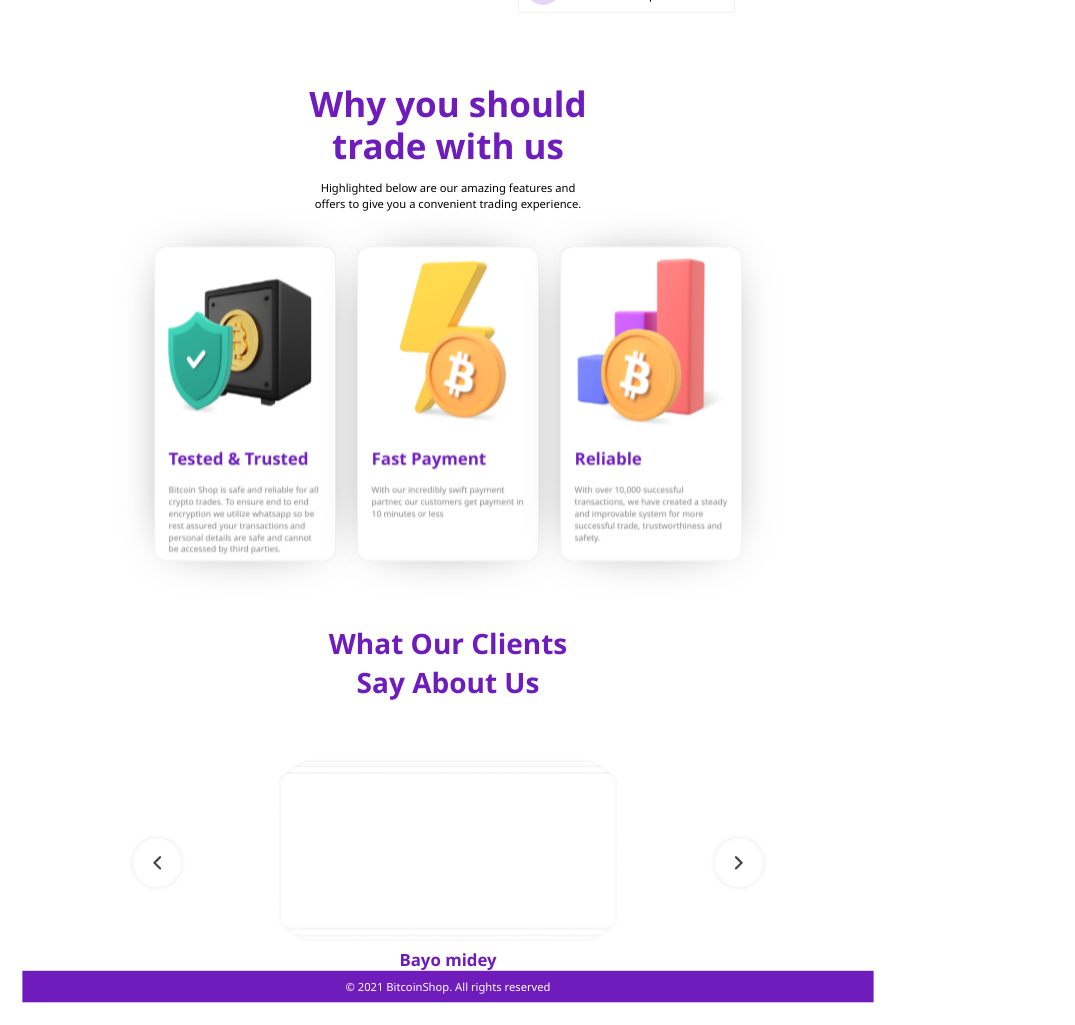
Repository: akinmiday/bitcoinshop-website
Page: /
An editor plug-in stored every save of this project. The page is shown before and after the next save, followed by the edit.
The browser window is 1280 px wide. The page is 1280 px wide, then 1536 px, then 1280 px, so the pictures cover 1536 px, including what lies to the right of the window. The pictures show the part of the page from y = 1317 to 2917 px (the page is 2781 px tall before and 2917 px after), at 70% of full size.
The project was rebuilt for these pictures with package versions that can differ from the ones it lists, and the page was loaded fresh each time. Also part of the build but not shown: vite.config.js.

Above is the page before, as saved 2023-07-10 20:18:39.

### src/App.jsx
import React from 'react'
import { Route, createBrowserRouter, RouterProvider, createRoutesFromElements } from "react-router-dom"
import './App.css'
import Layout from './components/layout'
import TitlePage from './pages/title'
import Rates from './pages/rates'



const router = createBrowserRouter(createRoutesFromElements(
  <Route path='/' element={<Layout />} >
    <Route index element={<TitlePage />} />
    <Route element={<Rates />} />

  </Route>
))

function App() {

  return (
    <RouterProvider router={router} />
  )
}

export default App

### src/index.css
*{
    margin: 0;
    padding: 0;
    box-sizing: border-box;
    font-family: 'Segoe UI', Tahoma, Geneva, Verdana, sans-serif ;
}

.header{
    display: flex;
    color:#6E1CBC;
    display: flex;
    align-items: center;
    border-bottom: #EAEAEA solid 1px;
    height: 60px;
    flex-shrink: 0;
    justify-content: space-between;
    padding: 20px;
}


.right-side-header{
    display: flex;
    align-items: center;
    font-weight: 500;
}

.right-side-header > img{
    padding: 10px;
    height: 44px;

}

.shop-logo{
    color:#FFCC00 ;
}


.middle-section-header {
    display: flex;
    justify-content: center;
    align-items: center;
    gap: 20px;
}

.right-side-header >button {
    background-color: #6E1CBC;
    color: #ffffff;
    padding: 5px 10px;
    border-radius: 8px;
}

.footer{
    background-color: #6E1CBC;
    color: #ffffff;
    display: flex;
    justify-content: center;
    align-items: center;
    margin-top: auto;
    flex-shrink: 0;
    height: 45px;
}

.title-section{
    display: flex;
    padding: 30px;
    height: 400px;
    justify-content: space-around;

}



.left-side-title{
    width: 450px;
    padding: 20px;
}

.left-side-title > h1{
    color: #6E1CBC;
    font-size: 62px;
    font-style: normal;
    font-weight: 700;
    line-height: 78px;


}

.left-side-title > p{
    font-size: 18px;
    padding: 20px 0;
}

.left-side-title >button{
    color: #ffffff;
    background-color: #6E1CBC;
    padding: 5px 10px;
    border-radius: 7px;
    text-align: center;
}

.rates-section{
    color: #6E1CBC;
    text-align: center;
    font-size: 26px;
}

.rates-section h1 {
    padding: 20px;
}

.rates-section img{
    height: 200px;
}


.top-row-rates-section {
    display: flex;
    justify-content: center;
    margin-bottom: 20px;
    gap: 30px;
  }

  .bottom-row-rates-section {
    display: flex;
    justify-content: center;
    gap: 30px;
  }

  .trade-section{
    margin-top: 30px;
    display: flex;
    justify-content: center;
    align-items: flex-start;
    gap: 110px;
    flex-shrink: 0;
    padding: 20px;
  }

  .left-trade-section{
    width: 400px;

  }

  .left-trade-section h1 {
    color: #6E1CBC;
    font-size: 45px;
    padding: 10px;
  }

  .left-trade-section p{
    padding: 10px;
  }

  .trade-link-section >div{
    display: flex;
    align-items: center;
    width: 310px;
    padding: 10px;
    margin: 10px;
    border: #EAEAEA 1px solid;
  }

  .trade-link-section > div >img{
    height: 50px;
    margin-right: 20px;
  }
  .trade-with-us{
    text-align: center;

    margin-top: 50px;
  }

  .trade-with-us-heading > h1{
    color: #6E1CBC;
    font-size: 50px;
    line-height: 60px;
    padding: 20px;
  }

  .trade-with-us-icon-section{
    display: flex;
    margin-top: 20px;
    padding-top: 30px;
    gap: 30px;
    justify-content: center;
    align-items: center;
    padding-bottom: 20px;
  }

  .trade-with-us-icon-section >div{
    border-radius: 18px;
    border: 1px solid #EAEAEA;
    background: #FFF;
    backdrop-filter: blur(100px);
    width: 260px;
    height: 450px;
    text-align: left;
    box-shadow: -2px 0px 74px -36px rgba(0,0,0,0.71);
    -webkit-box-shadow: -2px 0px 74px -36px rgba(0,0,0,0.71);
    -moz-box-shadow: -2px 0px 74px -36px rgba(0,0,0,0.71);
  }

  .trade-with-us-icon-section div >h2{
    color: #6E1CBC;
    padding: 20px;
  }

  .trade-with-us-icon-section div >p{
    padding: 0 20px;
    font-size: 12px;
    color: #808080;
  }

  .trade-with-us-icon-section img {
    width: 250px;
    height: 250px;
    margin-top: 10px;
  }

  .carousel-area{
    display: flex;
    align-items: center;
    justify-content: center;
    gap: 20px;
    margin-top: 60px;
  }

  .review-section{
    text-align: center;
    margin-top: 50px;
    color: #6E1CBC;
  }

  .review-section h1{
    font-size: 40px;
    padding: 20px;
  }

  .review-card{
    width: 70%;
    position: relative;

  }

  .review-card-area{
    position: absolute;
  }

### src/components/layout.jsx
import React from "react";
import { Outlet } from "react-router-dom";
import Header from "./header";
import Footer from "./footer";
import Rates from "../pages/rates";


export default function Layout() {
    return (<>
        <Header />
        <main>
            <Outlet />
        </main>
        <Footer />
    </>)
}

### src/pages/title.jsx
import React from "react";
import groupIcons from "../assets/Group-icons-title.png"
import Rates from "./rates";
import TradeSection from "./tradeSection";
import TradeWithUs from "./tradewithus";
import Reviews from "./reviews";

export default function TitlePage() {
    return (<>
        <div className="title-section" >
            <div className="left-side-title" >
                <h1>Trade your Cryptocurrency</h1>
                <p>Best and reliable platform to trade over 100 cryptocurrencies for your local Fiat</p>
                <button>Get Started</button>
            </div>
            <img src={groupIcons} />
        </div>
        <Rates />
        <TradeSection />
        <TradeWithUs />
        <Reviews />
    </>
    )
}

### src/pages/rates.jsx
import React from "react";
import btcTrend from "../assets/bitcoin-trend-Item.png"
import ethTrend from "../assets/ETH-Trend-Item.png"
import bnbTrend from "../assets/BNB-Trend-Item.png"
import bchTrend from "../assets/BCH-Trend-Item.png"
import usdtTrend from "../assets/USDT-Trend-Item.png"

export default function Rates() {
    return (
        <div className="rates-section">
            <h1>We Offer Superb Rates</h1>
            <div className="top-row-rates-section">
                <div><img src={btcTrend} /></div>
                <div><img src={ethTrend} /></div>
                <div><img src={bnbTrend} /></div>
            </div>
            <div className="bottom-row-rates-section">
                <div><img src={bchTrend} /></div>
                <div><img src={usdtTrend} /></div>
            </div>
        </div>
    );
}

### src/components/header.jsx
import React from "react";
import logoImg from "../assets/bitcoinshop-logo.png"
import lightIcon from "../assets/Light-icon.png"


export default function Header() {
    return (<div className="header" >
        <div className="right-side-header" ><img src={logoImg} />
            <h4>Bitcoin<span className="shop-logo" >Shop</span></h4>
        </div>
        <div className="middle-section-header" >
            <h4>Home</h4>
            <h4>Contact us</h4>
            <h4>About us</h4>
            <h4>FAQs</h4>
            <h4>Terms of Service</h4>
        </div>
        <div className="right-side-header" >
            <img src={lightIcon} />
            <button>Trade now</button>
        </div>


    </div>)
}

### src/components/footer.jsx
import React from "react";

export default function Footer() {
    return (<>
        <div className="footer" >&#169; 2021 BitcoinShop. All rights reserved</div>
    </>)
}

### src/pages/tradeSection.jsx
import React from "react";
import profileIcon from "../assets/profile-icon.png"
import debitCardIcon from "../assets/debit-card-icon.png"
import bitcoinIcon from "../assets/bitcoin-icon.png"

export default function TradeSection() {
    return (
        <div className="trade-section">
            <div className="left-trade-section" >
                <h1>Trade Conveniently</h1>
                <p>Our platform allows you to trade your Cryptocurrency in the comfort of your home
                    easy, fast, reliable and hassle free in 3 easy steps
                </p>
            </div>
            <div className="trade-link-section" >
                <div>
                    <img src={profileIcon} />
                    <div>
                        <h4>Create Your Account</h4>
                        <p>
                            lorem ipsum
                        </p>
                    </div>
                </div>

                <div>
                    <img src={debitCardIcon} />
                    <div>
                        <h4>Connect Bank Account</h4>
                        <p>
                            lorem lorem ipsum
                        </p>
                    </div>
                </div>

                <div>
                    <img src={bitcoinIcon} />
                    <div>
                        <h4>Trade Conveniently</h4>
                        <p>
                            lorem lorem ipsum
                        </p>
                    </div>
                </div>
            </div>
        </div>
    )
}

### src/pages/tradewithus.jsx
import React from "react";
import securedIcon from "../assets/secured.png"
import fastPaymentIcon from "../assets/fast-payment.png"
import reliableIcon from "../assets/reliable.png"

export default function TradeWithUs() {
    return (
        <div className="trade-with-us" >
            <div className="trade-with-us-heading" >
                <h1>Why you should <br /> trade with us</h1>
                <p>Highlighted below are our amazing features and <br /> offers
                    to give you a convenient trading experience.
                </p>
            </div>
            <div className="trade-with-us-icon-section" >
                <div>
                    <img src={securedIcon} />
                    <h2>Tested & Trusted</h2>
                    <p>Bitcoin Shop is safe and reliable for all crypto trades. To ensure end to end encryption we utilize whatsapp
                        so be rest assured your transactions and personal details are safe and cannot be accessed by third parties.
                    </p>
                </div>
                <div>
                    <img src={fastPaymentIcon} />
                    <h2>Fast Payment</h2>
                    <p>With our incredibly swift payment partner, our customers get payment in 10 minutes or less</p>
                </div>
                <div>
                    <img src={reliableIcon} />
                    <h2>Reliable</h2>
                    <p>With over 10,000 successful transactions, we have created a steady and improvable system for more successful trade,
                        trustworthiness and safety.
                    </p>
                </div>
            </div>
        </div>
    )
}

### src/pages/reviews.jsx
import React from "react";
import reviewCard from "../assets/review-card.png"
import toRightIcon from "../assets/to-right-carousel.png"
import toLeftIcon from "../assets/to-left-carousel.png"

export default function Reviews() {
    return (
        <div className="review-section" >
            <h1>What Our Clients<br />Say About Us</h1>

            <div className="carousel-area" >
                <div>
                    <img src={toLeftIcon} />
                </div>
                <div>
                    <img className="review-card" src={reviewCard} />
                    <h2>Bayo midey</h2>
                </div>
                <div>
                    <img src={toRightIcon} />
                </div>
            </div>

        </div>
    )
}

Loaded but not shown: src/main.jsx (common file); src/App.css (common file)

After the next save:
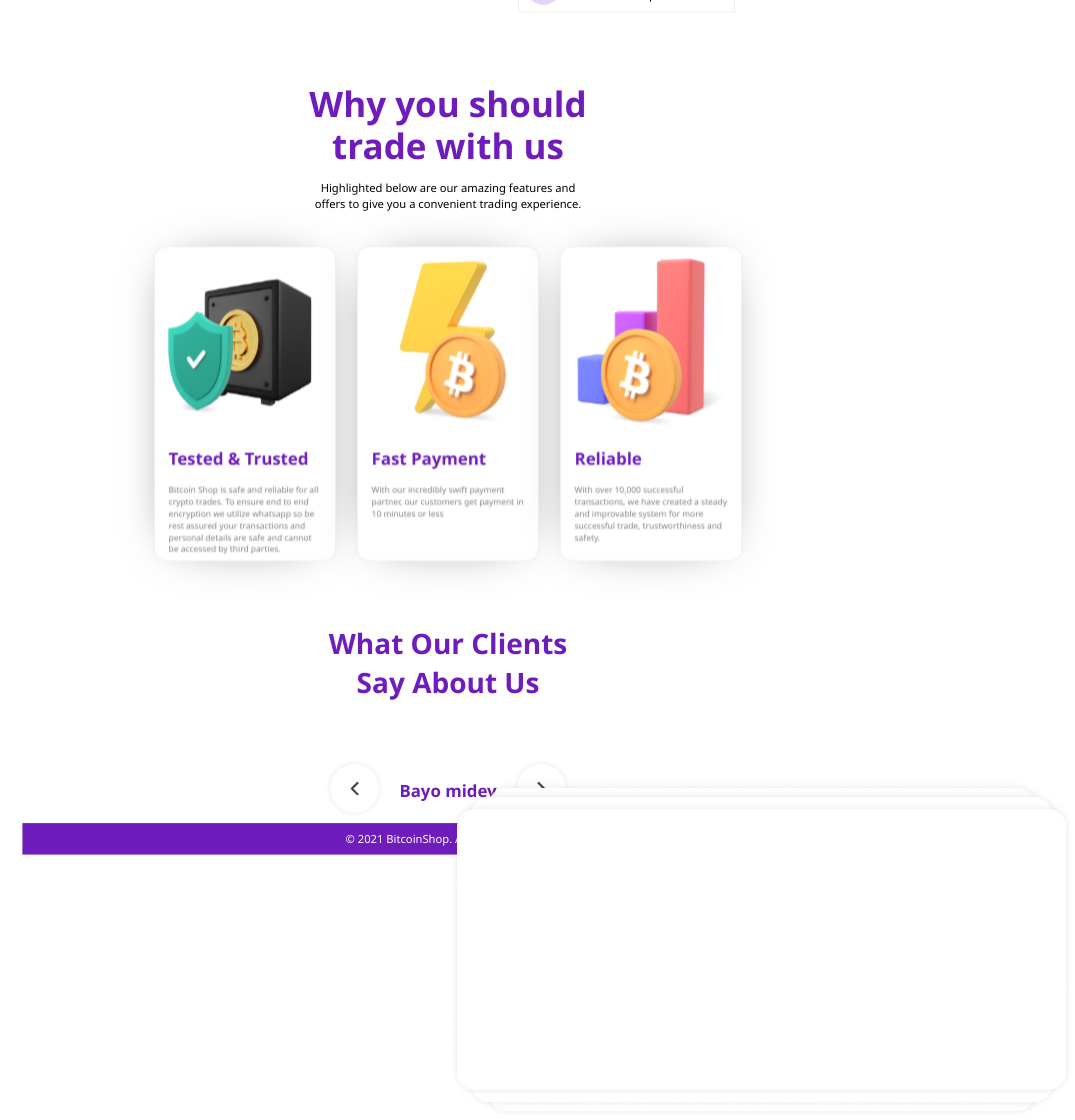
Saved 16 s later.
--- a/src/index.css
+++ b/src/index.css
@@ -238,10 +238,10 @@
 
   .review-card{
     width: 70%;
+    position: absolute;
+
+  }
+
+  .review-card-area{
     position: relative;
-
-  }
-
-  .review-card-area{
-    position: absolute;
-  }
+  }

After the save that followed:
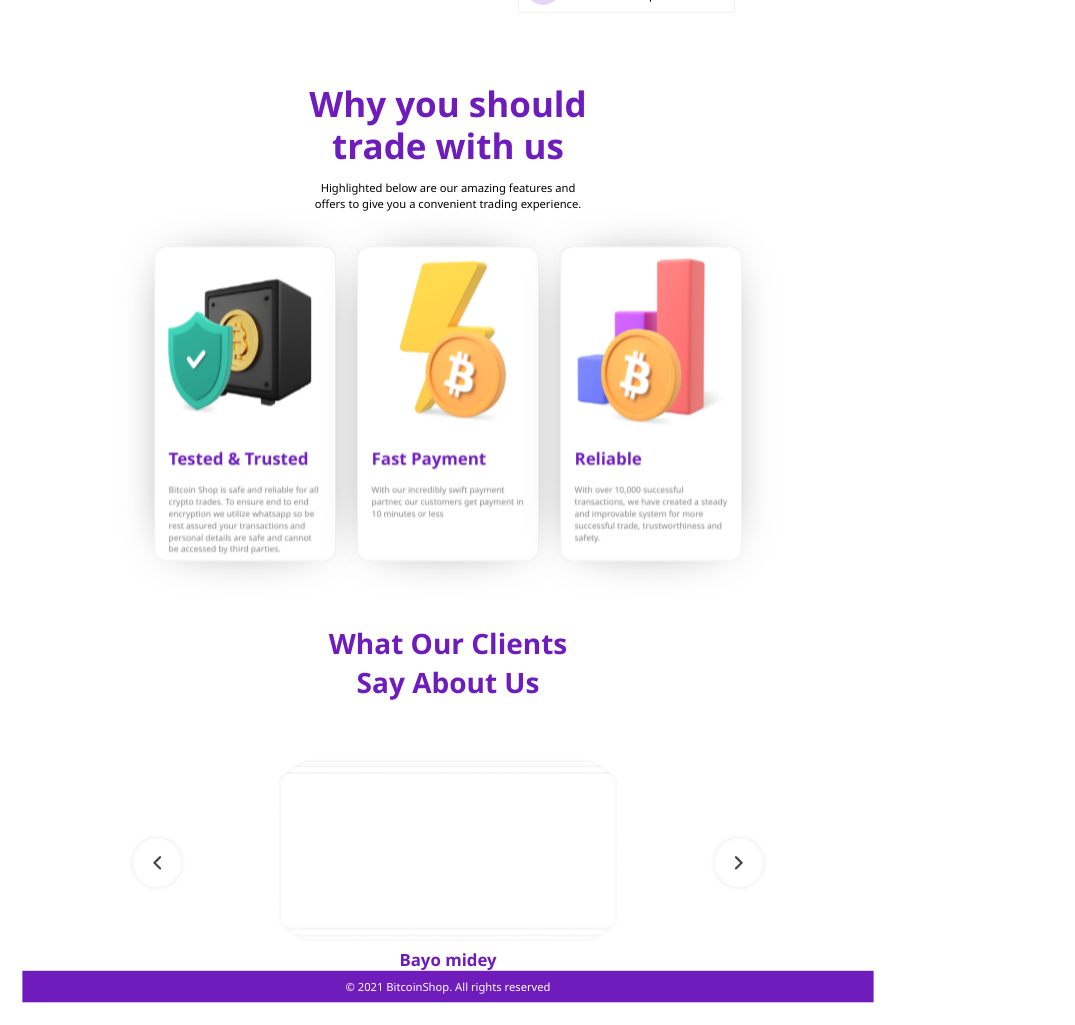
Saved 9 s later.
--- a/src/index.css
+++ b/src/index.css
@@ -238,10 +238,10 @@
 
   .review-card{
     width: 70%;
+    position: relative;
+
+  }
+
+  .review-card-area{
     position: absolute;
-
-  }
-
-  .review-card-area{
-    position: relative;
-  }
+  }
